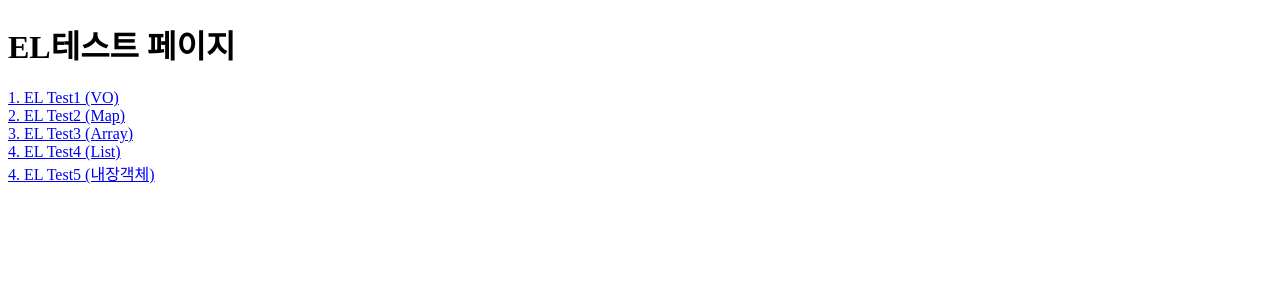
Repository: ajtwls1256/Web-workspace
Page: Day55-jspTag/WebContent/EL/jsp_EL.html
These files come from the project's save history. The page is drawn as it stood at one moment and after the next save; the edit follows.
The browser window is 1280 px wide. The pictures show the whole page.

Above is the page before, as saved 2019-10-14 02:48:15.

After the next save:
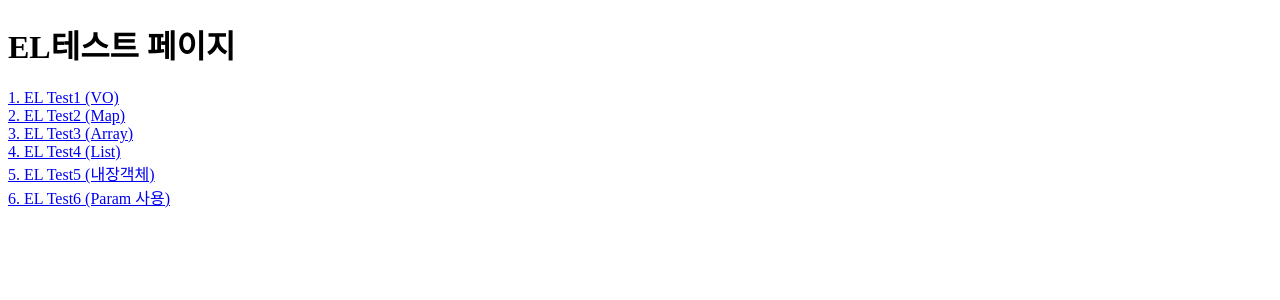
Saved 2 min 20 s later.
--- a/Day55-jspTag/WebContent/EL/jsp_EL.html
+++ b/Day55-jspTag/WebContent/EL/jsp_EL.html
@@ -10,6 +10,7 @@
 	<a href="/jsp/ELServletTest2">2. EL Test2 (Map)</a><br>
 	<a href="/jsp/ELServletTest3">3. EL Test3 (Array)</a><br>
 	<a href="/jsp/ELServletTest4">4. EL Test4 (List)</a><br>
-	<a href="/jsp/ELServletTest5">4. EL Test5 (내장객체)</a><br>
+	<a href="/jsp/ELServletTest5">5. EL Test5 (내장객체)</a><br>
+	<a href="/jsp/EL/param.html">6. EL Test6 (Param 사용)</a><br>
 </body>
 </html>
